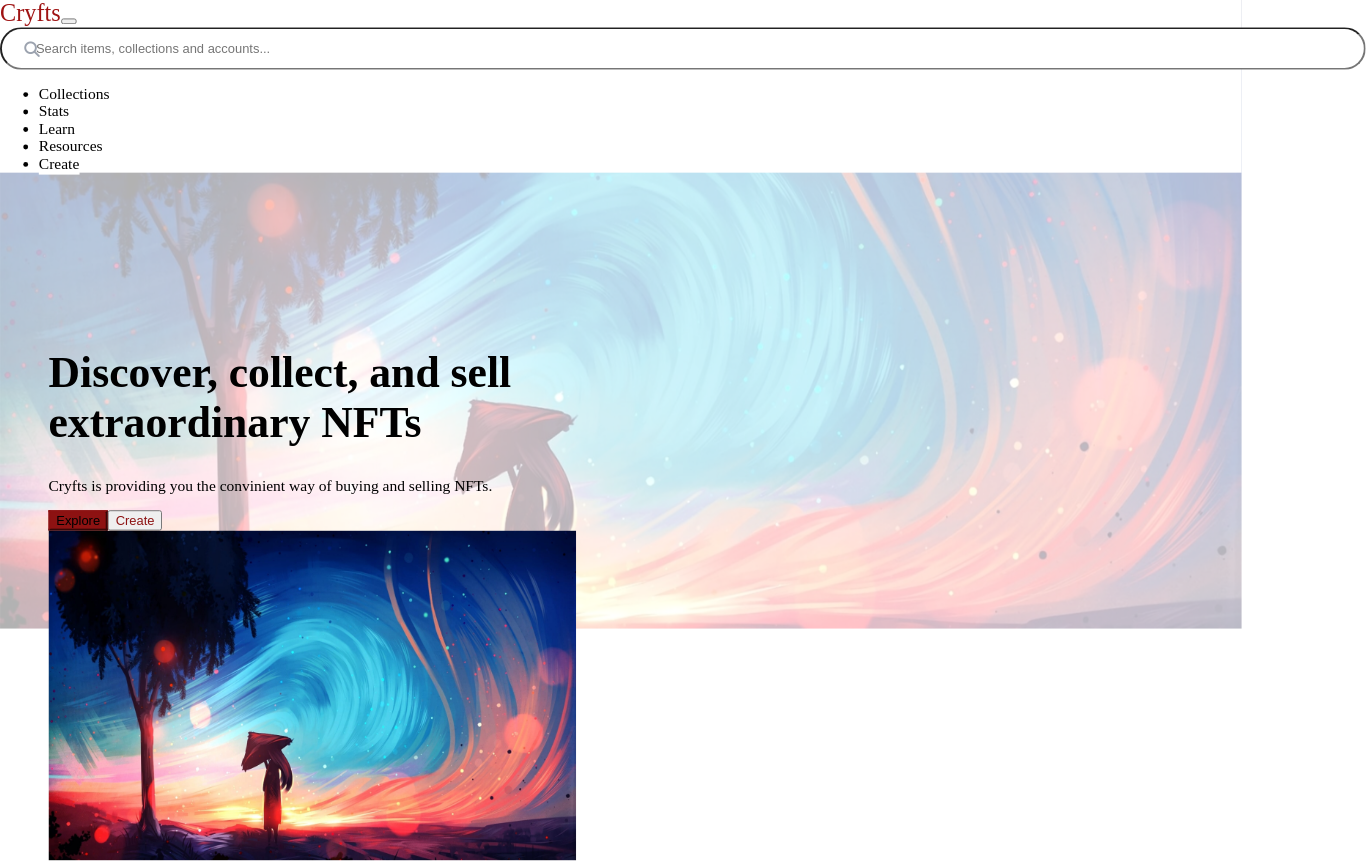
Repository: Huzaifa-2609/opensea_project
Page: /
An editor plug-in stored every save of this project. The page is shown before and after the next save, followed by the edit.
The browser window is 1280 px wide. The page is 1408 px wide, so the pictures cover 1408 px, including what lies to the right of the window. The pictures show the whole page, at 97% of full size.
Some web libraries are served in a nearby version. The project was rebuilt for these pictures with package versions that can differ from the ones it lists, and the page was loaded fresh each time. The framework's server and built-in components were replaced by stand-ins that run in the browser. Also part of the build but not shown: next.config.js, styles/Home.module.css.

Above is the page before, as saved 2022-07-09 20:22:37.

### pages/_app.js
import Navbar from '../components/Navbar'
import '../styles/globals.css'
import Head from "next/head"
import Script from 'next/script'
import "../styles/hero.css"
function MyApp({ Component, pageProps }) {
  return(
    <>
    <Script src="https://kit.fontawesome.com/30bda3e318.js" crossorigin="anonymous"></Script>
    <Script src="https://cdn.jsdelivr.net/npm/bootstrap@5.2.0-beta1/dist/js/bootstrap.bundle.min.js" integrity="sha384-pprn3073KE6tl6bjs2QrFaJGz5/SUsLqktiwsUTF55Jfv3qYSDhgCecCxMW52nD2" crossOrigin="anonymous"></Script>
    <Navbar title={"Cryfts"}/>
  <Component {...pageProps} />
  </>
  )
}

export default MyApp

### pages/_document.js
import { Html, Head, Main, NextScript } from 'next/document'

export default function Document() {
  return (
    <Html>
      <Head>
      <link href="https://cdn.jsdelivr.net/npm/bootstrap@5.2.0-beta1/dist/css/bootstrap.min.css" rel="stylesheet" integrity="sha384-0evHe/X+R7YkIZDRvuzKMRqM+OrBnVFBL6DOitfPri4tjfHxaWutUpFmBp4vmVor" crossOrigin="anonymous"/>
      </Head>
      <body>
        <Main />
        <NextScript />
      </body>
    </Html>
  )
}

### pages/index.js
import Head from 'next/head'
import Image from 'next/image'
import Hero from '../components/Hero'
import styles from '../styles/Home.module.css'

export default function Home() {
  return (
    <>
    <div>
      <Head>
        <title>Create Next App</title>
        <meta name="description" content="Generated by create next app" />
        <link rel="icon" href="/favicon.ico" />
      </Head>
         </div>
      <Hero/>
      </>
  )
}

### components/Navbar.js
import React from 'react'
import Link from 'next/link'
import { useRouter } from 'next/router'
const Navbar = (props) => {
  const location=useRouter();
  return (
    <div>
      <nav className="navbar shadow-sm fixed-top navbar-expand-lg navbar-light">
  <div className="container-fluid">
    <a className="navbar-brand text-color fw-bolder ml-2" href="/">{props.title}</a>
    <button className="navbar-toggler" type="button" data-bs-toggle="collapse" data-bs-target="#navbarSupportedContent" aria-controls="navbarSupportedContent" aria-expanded="false" aria-label="Toggle navigation">
      <span className="navbar-toggler-icon"></span>
    </button>

    <div className="collapse navbar-collapse" style={{width:"50%"}} id="navbarSupportedContent">

            <div className="row height d-flex justify-content-center align-items-center">

                <div className="form">
                  <i className="fa fa-search"></i>
                  <input type="text" className="form-control form-input" placeholder="Search items, collections and accounts..."/>
                </div>

            </div>


      <ul className="navbar-nav gap-4 m-auto mb-2 mb-lg-0 fw-bold" style={location.pathname==="/signup"?{visibility:"hidden"}:{}}>
      <li className="nav-item">
          <Link href="/collections/0x7132e1d414161A232c2027aE6C66D7914649bA66"><a className="nav-link " aria-current="page" >Collections</a></Link>
        </li>
        <li className="nav-item">
          <Link href="/"><a className="nav-link" aria-current="page" >Stats</a></Link>
        </li>
        <li className="nav-item">
          <Link href="/"><a className="nav-link " >Learn</a></Link>
        </li>

        <li className="nav-item dropdown">
          <Link href="/"><a className="nav-link dropdown-toggle pe-none"  id="navbarDropdown" role="button" data-bs-toggle="dropdown" aria-expanded="false">
            Resources
          </a></Link>
          <ul className="dropdown-menu" aria-labelledby="navbarDropdown">
            <li><Link href="/"><a className="dropdown-item" >Action</a></Link></li>
            <li><Link href="/"><a className="dropdown-item" >Another action</a></Link></li>
            <li><hr className="dropdown-divider"/></li>
            <li><Link href="/"><a className="dropdown-item" >Something else here</a></Link></li>
          </ul>
        </li>
        <li className="nav-item">
          <Link  href="/"><a className="nav-link">Create</a></Link>
        </li>
      </ul >
      {/* <form className="d-flex" role="search">
        <ul className="navbar-nav gap-3 media" style={location.pathname==="/signup"?{display:"none"}:{}}>
      <li className="nav-item float-right">
          <Link href="/login"><a className="nav-link"  >Sign in</a></Link>
    </li>
      <li className="nav-item mx-2">
    <Link href='/signup'><a className="btn btn1 btn-primary bd-color bg-color"  style={location.pathname==="/signup"?{display:"none"}:{}} type="submit">Get Started</a></Link>
    </li>
        </ul>
      </form> */}
    </div>
  </div>
</nav>
    </div>
  )
}

export default Navbar

### styles/globals.css
:root {
  --light: #9f1313;
  --dark: #8d1212;
}
html,
body {
  padding: 0;
  margin: 0;
  /* font-family: -apple-system, BlinkMacSystemFont, Segoe UI, Roboto, Oxygen,
    Ubuntu, Cantarell, Fira Sans, Droid Sans, Helvetica Neue, sans-serif; */
}

a {
  color: inherit;
  text-decoration: none;
}

* {
  box-sizing: border-box;
}
@media all and (min-width: 992px) {
  .navbar .nav-item .dropdown-menu{ display: none; }
  .navbar .nav-item .nav-link{ border-bottom:3px solid white;  }
  .navbar .nav-item:hover .nav-link{ border-bottom:3px solid var(--light);  }
  .navbar .nav-item:hover .dropdown-menu{ display: block; }
  .navbar .nav-item .dropdown-menu{ margin-top:0; }


}
@media all and (max-width: 992px){
  .pic{display: none;}
  .signup-cls{   margin-top: 15% !important;}
  .signin-cls .card{border:none; box-shadow: none !important;}
  .media{display: none;}
  .empass{flex-direction: column ;}
}

nav {
  /* border-bottom:1px solid #ede4e4; */
  background-color: white;
}
.comp1{
  width: 22rem;
  border: none;

}
.comp{
  margin: 90px 0px;
}
.text-color{
  color: var(--dark);
}
.bg-color{
  background-color: var(--dark);
}
.btn1:hover{
  background-color: var(--light);
  border-color: var(--dark);

}
.bd-color{
  border-color: var(--dark);
}
.navbar-light .navbar-brand{
  color: var(--dark);
}
.navbar-light .navbar-brand:hover{
  color: var(--light);
}
.navbar-brand{
  font-size: 25px;
}
.link-hover :hover{
  color: var(--dark);
}
.form-check-label-color{
  color: var(--dark);
}
.form-outline{
  width: 75%!important;
}
.form-control:focus {
  border-color: #ced4da;
  box-shadow: none!important;
}

/* Navbar search css */
.form{
  position: relative;

}

.form .fa-search{

  position: absolute;
  top:15px;
  left: 25px;
  color: #9ca3af;

}

.form span{

  position: absolute;
  right: 17px;
  top: 13px;
  padding: 2px;
  border-left: 1px solid #d1d5db;

}

.left-pan{
  padding-left: 7px;
}

.left-pan i{

 padding-left: 10px;
}

.form-input{
  width: 220%;
  height: 44px;
  text-indent: 33px;
  border-radius: 40px;
}

.form-input:focus{

  box-shadow: none;
  border:none;
}

### styles/hero.css
/* .body{
} */
/* .bg{
    background: url("../public/nftbg.jpg") no-repeat center center/cover;
} */
.bg::before{
    content: "";
    background:url("../public/nftbg.jpg") no-repeat center center/cover;
    position: absolute;
    height:90%;
    width:100%;
    z-index: -1;
    opacity: 0.3;
    top: 0px;
    left: 0px;
}

### components/Hero.js
import React from "react";
import Image from "next/image";
import img from "../public/nftbg.jpg";

const Hero = () => {
  const style = {
    marginTop: "100px",
    height: "70vh",
    padding: "50px",
  };
  return (
    <>
      <div
        className=" d-flex justify-content-between bg align-items-center "
        style={style}
      >
        <div
          className="card mb-3 border-0 bg-transparent"
          style={{ width: "34rem" }}
        >
          <div className="card-body">
            <h1 className="card-title " style={{ fontSize: "45px" }}>
              Discover, collect, and sell extraordinary NFTs
            </h1>
            <p className="card-subtitle text-muted mt-3 fs-3">
              {/* Cryfts, is the world's first and largest NFT marketplace */}
              Cryfts is providing you the convinient way of buying and selling NFTs.
            </p>
          </div>
          <div className="d-flex gap-4 m-2">
          <button type="button" class="btn btn-primary bd-color bg-color btn1 btn-lg fs1 w-25 py-2">
            Explore
          </button>
          <button type="button" class="btn btn-light border-1 shadow-sm btn-lg text-color fs1 w-25 py-2">
            Create
          </button>
          </div>
        </div>
        <div className="card mb-3 border-0 " style={{ width: "34rem" }}>
          <Image
            src={img}
            className="card-img-top"
            alt="NFT image"
            style={{ height: "34rem" }}
          />
          {/* <div className="card-body">
            <h1 className="card-title">Discover, collect, and sell extraordinary NFTs</h1>
            <h3 className="card-subtitle text-muted mt-3">
            OpenSea is the world's first and largest NFT marketplace
            </h3>
          </div> */}
        </div>
      </div>
    </>
  );
};

export default Hero;

After the next save:
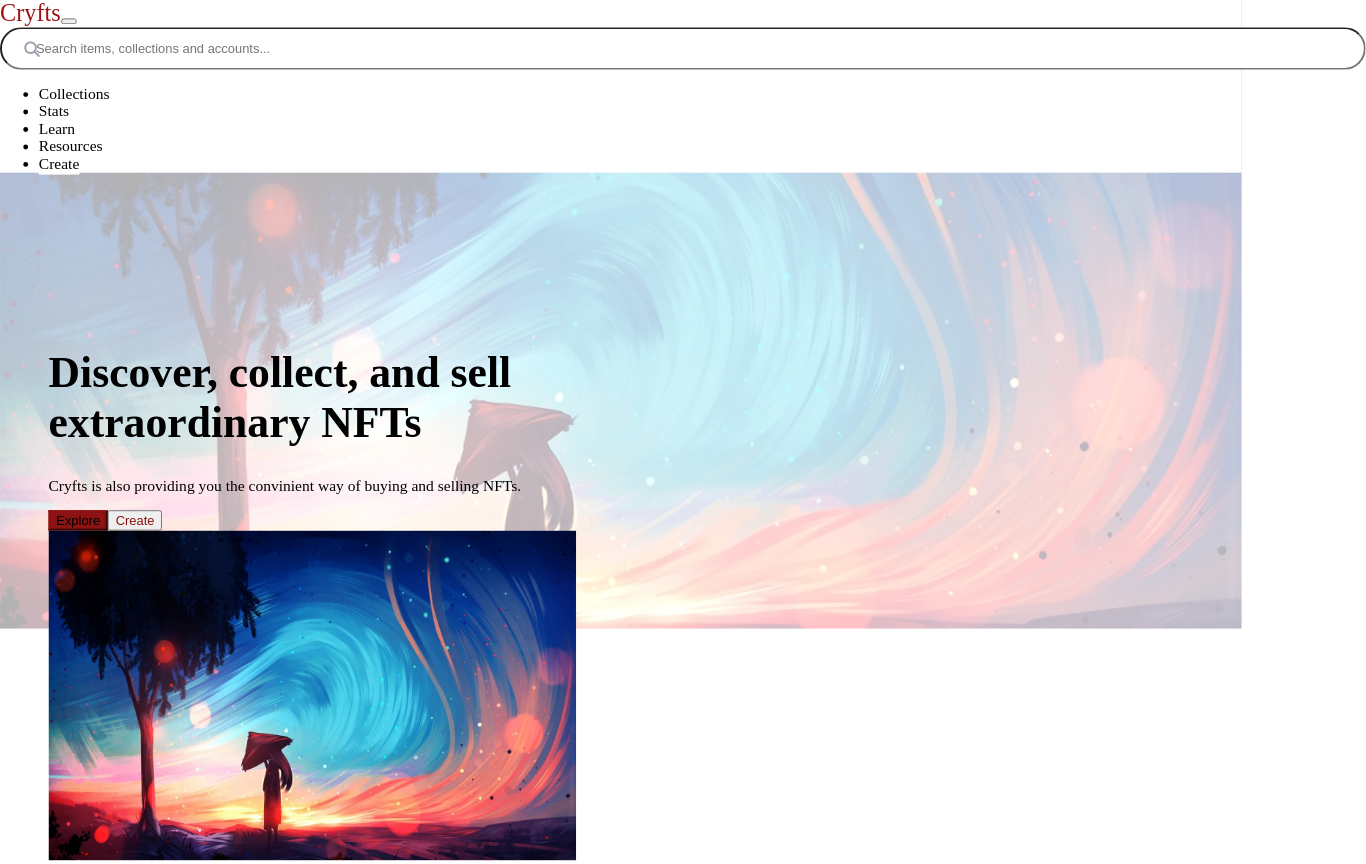
Saved 47 h 45 min later.
--- a/components/Hero.js
+++ b/components/Hero.js
@@ -23,8 +23,7 @@
               Discover, collect, and sell extraordinary NFTs
             </h1>
             <p className="card-subtitle text-muted mt-3 fs-3">
-              {/* Cryfts, is the world's first and largest NFT marketplace */}
-              Cryfts is providing you the convinient way of buying and selling NFTs.
+              Cryfts is also providing you the convinient way of buying and selling NFTs.
             </p>
           </div>
           <div className="d-flex gap-4 m-2">
